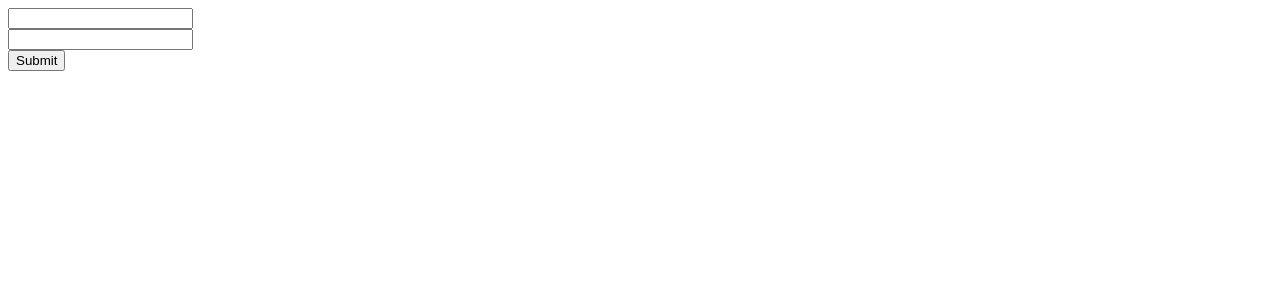
Repository: Badkul77/Nagarro_Web_App_Assignment
Page: http://localhost/our-web-app/
An editor plug-in stored every save of this project. The page is shown before and after the next save, followed by the edit.
The browser window is 1280 px wide. The pictures show the whole page.
The page is served by Tomcat 9. Other server files are loaded and not shown.

Above is the page before, as saved 2021-03-08 10:32:02.

### our-web-app/src/main/webapp/index.jsp
<html>
<body>
<form action="add">
<input type= "number" name="t1"><br>
<input type= "number" name="t2"><br>
<button type="submit">Submit</button>
</form>
</body>
</html>

After the next save:
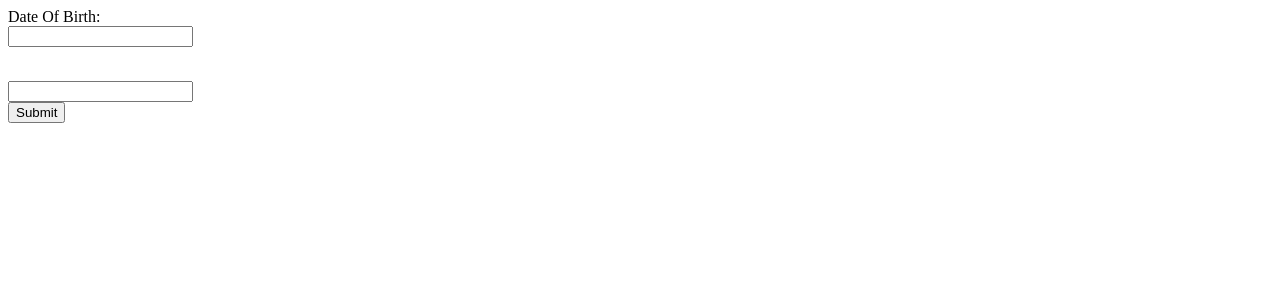
Saved 16 min 18 s later.
--- a/our-web-app/src/main/webapp/index.jsp
+++ b/our-web-app/src/main/webapp/index.jsp
@@ -1,7 +1,7 @@
 <html>
 <body>
 <form action="add">
-<input type= "number" name="t1"><br>
+<p>Date Of Birth:<br><input type= "number" value="1-31" name="t1"></p><br>
 <input type= "number" name="t2"><br>
 <button type="submit">Submit</button>
 </form>
